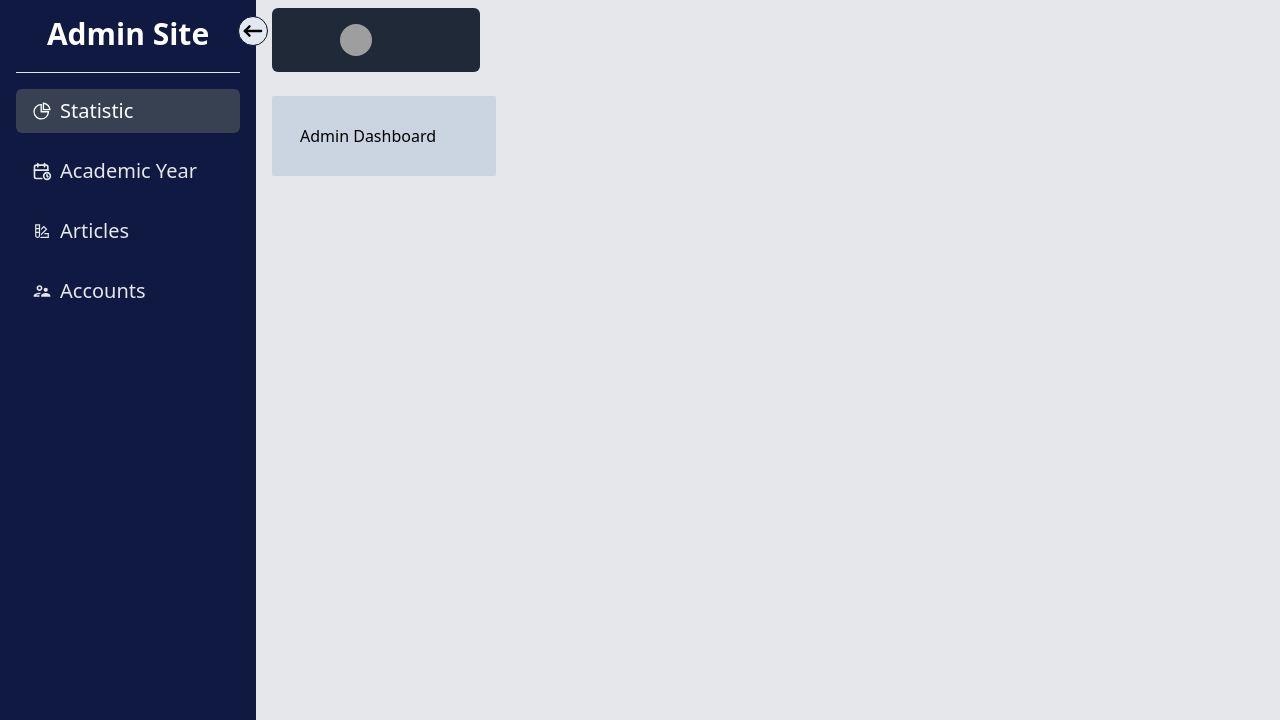
Repository: huynhvanngoan/COMP1640FE-Template
Page: /admin
These files come from the project's save history. The page is drawn as it stood at one moment and after the next save; the edit follows.
The browser window is 1280 px wide. The pictures show the whole page.
Pictures or frames that could not be fetched are drawn as grey boxes. The project was rebuilt for these pictures with package versions that can differ from the ones it lists, and the page was loaded fresh each time. Also part of the build but not shown: src/components/buttonStyles.js, src/pages/LoginPage.jsx, src/pages/student/StudentDashboard.jsx, src/pages/department/DepartmentDashboard.jsx, src/pages/marketing/MarketingDashboard.jsx, src/pages/guest/GuestDashboard.jsx.

Above is the page before, as saved 2024-03-24 07:47:30.

After the next save:
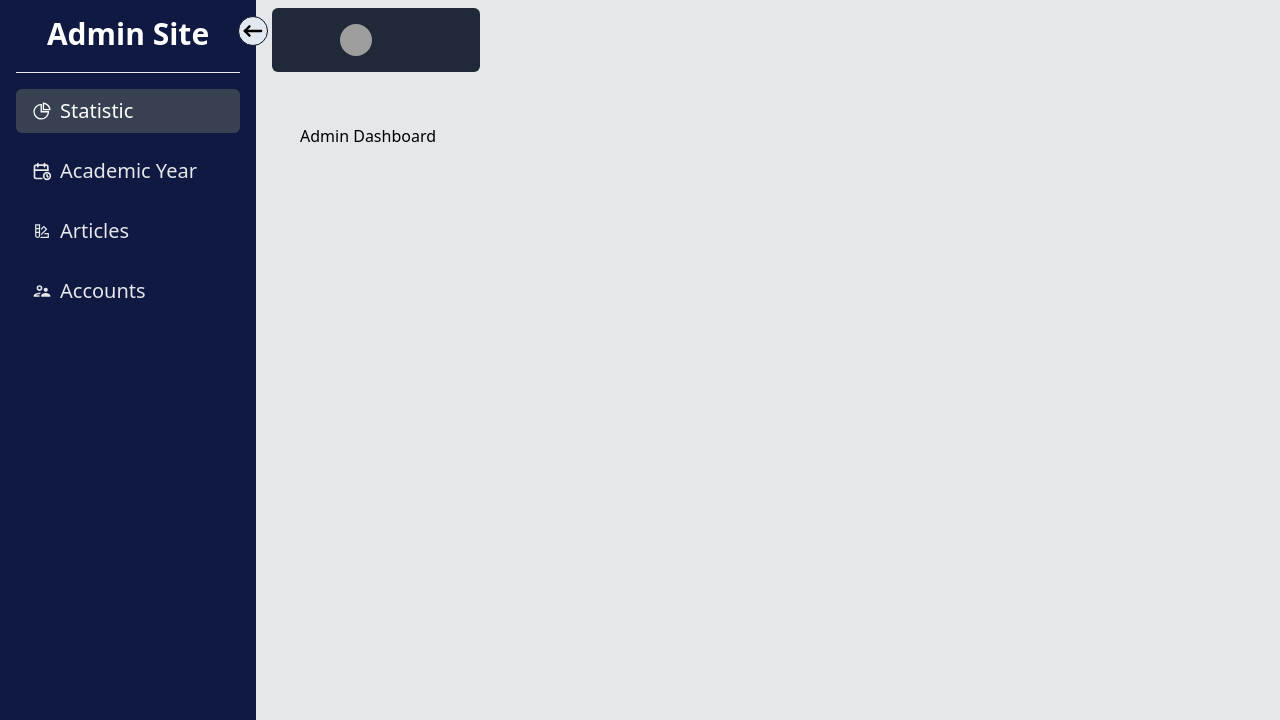
Saved 9 s later.
--- a/src/pages/admin/AdminDashboard.js
+++ b/src/pages/admin/AdminDashboard.js
@@ -2,7 +2,7 @@ import React from 'react'
 
 const AdminDashboard = () => {
   return (
-      <div className='p-7 bg-slate-300 m-4 w-full max-h-full rounded-sm'>
+      <div className='p-7 m-4 w-full max-h-full rounded-sm'>
         Admin Dashboard
       </div>
   )
